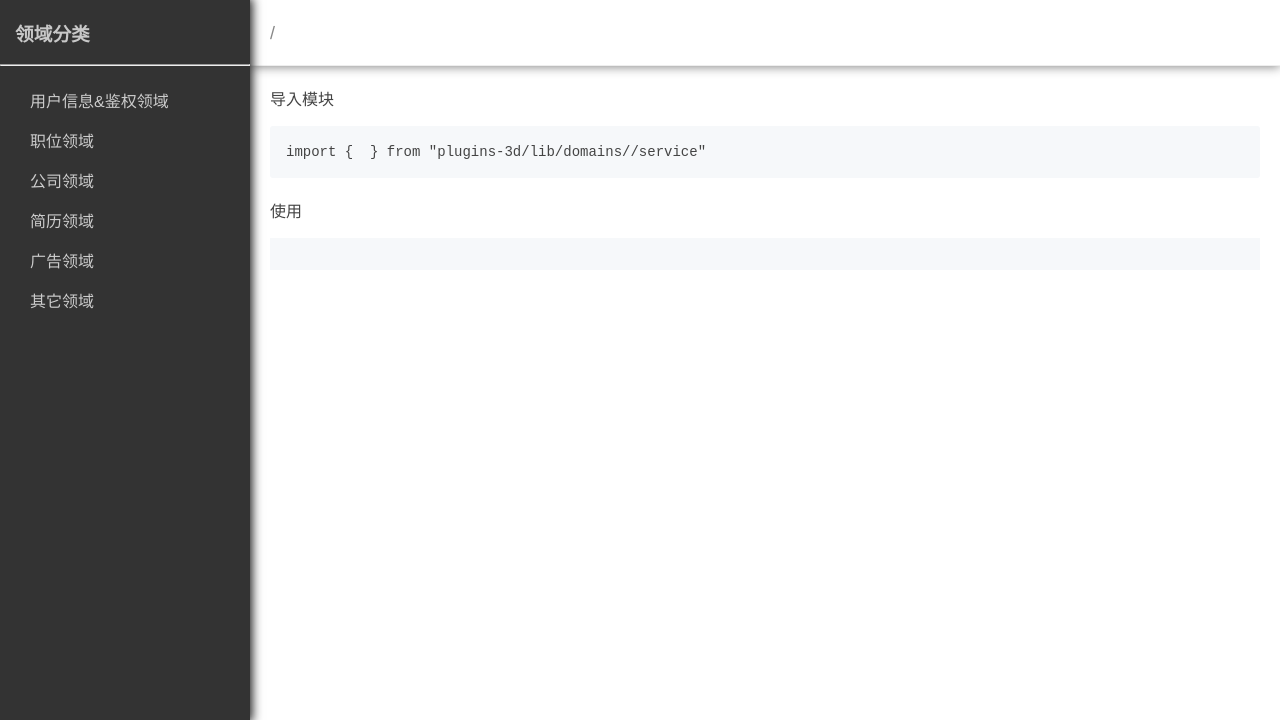
Repository: lsliangshan/inig-3d-doc
Page: /detail
An editor plug-in stored every save of this project. The page is shown before and after the next save, followed by the edit.
The browser window is 1280 px wide. The pictures show the whole page.
An inner scrolling area shows only its first screen. The project was rebuilt for these pictures with package versions that can differ from the ones it lists, and the page was loaded fresh each time. Also part of the build but not shown: vue.config.js, src/components/HelloWorld.vue, src/views/Home.vue, src/components/User.vue, src/components/Position.vue, src/components/Company.vue, src/components/Resume.vue, src/components/Ads.vue and 1 more. Imported but missing from the stored project, and not drawn on this page: ../plugins-3d/lib/domains/job/service, ../plugins-3d/lib/domains/user/service.

Above is the page before, as saved 2019-08-08 21:30:40.

After the next save:
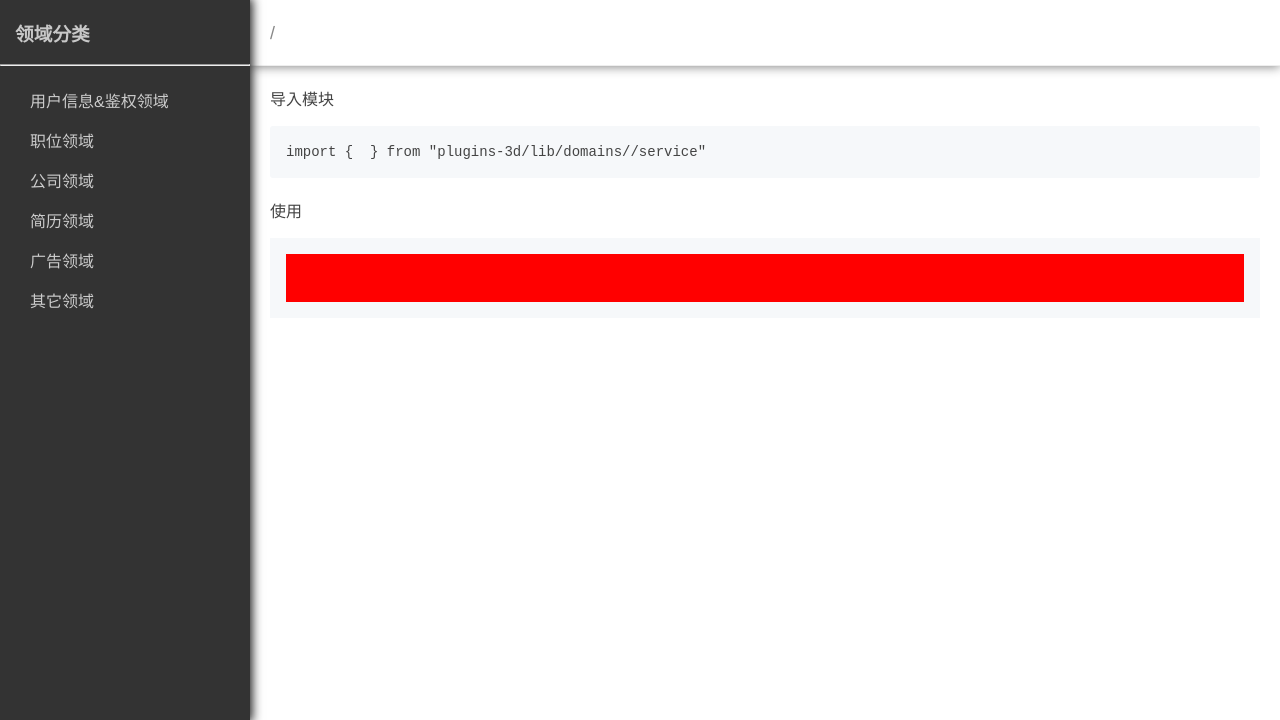
Saved 86 s later.
--- a/src/components/parts/DetailContent.vue
+++ b/src/components/parts/DetailContent.vue
@@ -28,6 +28,7 @@
                    :placeholder="'请输入' + value.label"
                    :name="key" />
           </div>
+          <div class="form_footer"></div>
         </form>
       </div>
     </div>
@@ -121,6 +122,11 @@
     transition: border 0.2s ease-in-out, background 0.2s ease-in-out,
       box-shadow 0.2s ease-in-out;
   }
+  .form_footer {
+    width: 100%;
+    height: 48px;
+    background-color: red;
+  }
 </style>
 
 <script>
